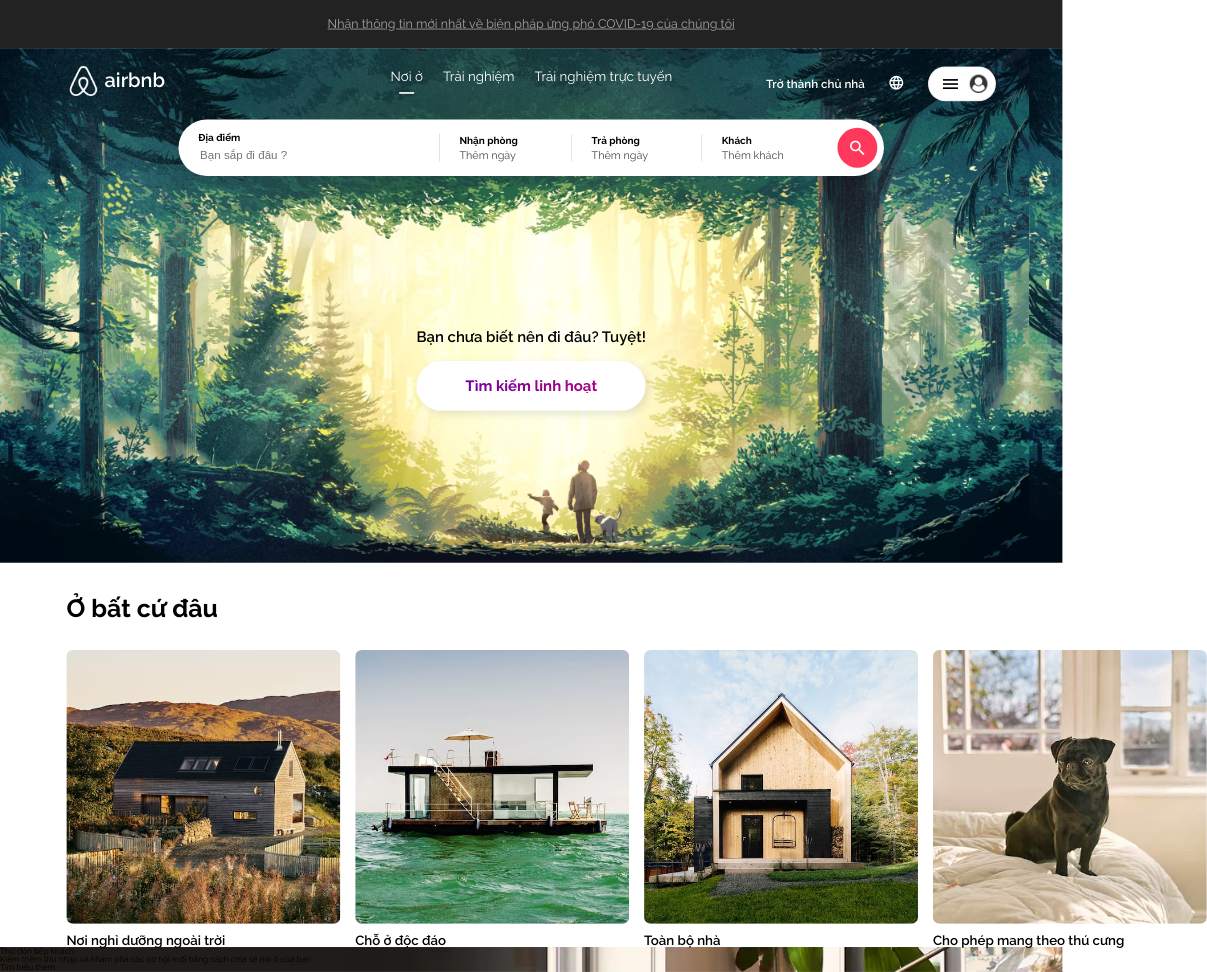
Repository: vanntrong/airbnb-clone
Page: index.html
An editor plug-in stored every save of this project. The page is shown before and after the next save, followed by the edit.
The browser window is 1280 px wide. The page is 1454 px wide, so the pictures cover 1454 px, including what lies to the right of the window. The pictures show the whole page, at 83% of full size.

Above is the page before, as saved 2021-09-22 19:12:48.

### index.html
<!DOCTYPE html>
<html lang="en">
  <head>
    <meta charset="UTF-8" />
    <meta http-equiv="X-UA-Compatible" content="IE=edge" />
    <meta name="viewport" content="width=device-width, initial-scale=1.0" />
    <title>AirBnB</title>
    <link href="https://fonts.googleapis.com/css2?family=Material+Icons" rel="stylesheet" />
    <link rel="preconnect" href="https://fonts.googleapis.com" />
    <link rel="preconnect" href="https://fonts.gstatic.com" crossorigin />
    <link rel="preconnect" href="https://fonts.googleapis.com" />
    <link rel="preconnect" href="https://fonts.gstatic.com" crossorigin />
    <link
      href="https://fonts.googleapis.com/css2?family=Raleway:wght@200;300;400;500;600;700&display=swap"
      rel="stylesheet"
    />
    <link href="https://fonts.googleapis.com/css2?family=Material+Icons+Outlined" rel="stylesheet" />
    <link href="https://fonts.googleapis.com/css2?family=Material+Icons+Round" rel="stylesheet" />
    <link href="https://fonts.googleapis.com/css2?family=Material+Icons+Sharp" rel="stylesheet" />
    <link href="https://fonts.googleapis.com/css2?family=Material+Icons+Two+Tone" rel="stylesheet" />
    <link rel="stylesheet" href="./assets/css/reset.css" />
    <link rel="stylesheet" href="./assets/css/base.css" />
    <link rel="stylesheet" href="./assets/css/style.css" />
  </head>
  <body>
    <header class="header">
      <div class="header__covid">
        <a href="https://covid19.gov.vn/">Nhận thông tin mới nhất về biện pháp ứng phó COVID-19 của chúng tôi</a>
      </div>
      <div class="header__container">
        <nav class="header__nav">
          <div class="header__logo">
            <a href="" class="header__logo-link">
              <img src="./assets/images/logo.png" alt="Logo AirBnb" class="header__logo-img" />
              <span class="header__logo-name">airbnb</span>
            </a>
          </div>
          <div class="header__exp">
            <ul class="header__exp-list">
              <li class="header__exp-item">
                <div class="header-exp-link active">Nơi ở</div>
              </li>
              <li class="header__exp-item">
                <div class="header-exp-link">Trải nghiệm</div>
              </li>
              <li class="header__exp-item">
                <div class="header-exp-link">Trải nghiệm trực tuyến</div>
              </li>
            </ul>
          </div>
          <div class="header__user">
            <div class="header__user-register">
              <span>Trở thành chủ nhà</span>
            </div>
            <div class="header__user-language">
              <span class="material-icons-outlined"> language </span>
            </div>
            <div class="header__user-menu">
              <span class="material-icons-outlined header__user-icon"> menu </span>
              <img src="./assets/images/user-avatar.png" class="header__user-avatar" />
            </div>
          </div>
        </nav>

        <div class="header__search">
          <div class="header__search-place">
            <h4 class="header__search-text">Địa điểm</h4>
            <input type="text" placeholder="Bạn sắp đi đâu ?" class="header__search-input" />
          </div>
          <div class="header__search-room">
            <h4 class="header__search-text">Nhận phòng</h4>
            <p class="header__add-date">Thêm ngày</p>
          </div>
          <div class="header__search-room">
            <h4 class="header__search-text">Trả phòng</h4>
            <p class="header__add-date">Thêm ngày</p>
          </div>
          <div class="header__search-guest">
            <div class="header__search-wrapper">
              <h4 class="header__search-text">Khách</h4>
              <p class="header__add-date">Thêm khách</p>
            </div>
            <div class="header-guest-search">
              <span class="material-icons-outlined"> search </span>
              <!-- <p class="header-guest-text">Tìm kiếm</p> -->
            </div>
          </div>
        </div>

        <div class="header__title">
          <h2 class="header__title-text">Bạn chưa biết nên đi đâu? Tuyệt!</h2>
          <div class="header__title-btn"><span>Tìm kiếm linh hoạt</span></div>
        </div>
      </div>
    </header>
    <div class="banner">
      <h2 class="banner__header">Ở bất cứ đâu</h2>
      <div class="banner__container">
        <ul class="banner__list">
          <li class="banner__item">
            <img src="./assets/images/banner/banner1.png" class="banner__item-img" />
            <span class="banner__item-text">Nơi nghỉ dưỡng ngoài trời</span>
          </li>
          <li class="banner__item">
            <img src="./assets/images/banner/banner2.png" class="banner__item-img" />
            <span class="banner__item-text">Chỗ ở độc đáo</span>
          </li>
          <li class="banner__item">
            <img src="./assets/images/banner/banner3.png" class="banner__item-img" />
            <span class="banner__item-text">Toàn bộ nhà</span>
          </li>
          <li class="banner__item">
            <img src="./assets/images/banner/banner4.png" class="banner__item-img" />
            <span class="banner__item-text">Cho phép mang theo thú cưng</span>
          </li>
        </ul>
      </div>
    </div>
    <div class="container">
      <div class="container__top">
        <div class="container__top-title">
          <h3 class="container-title-heading">Thử đón tiếp khách</h3>
          <p class="container-title-text">
            Kiếm thêm thu nhập và khám phá các cơ hội mới bằng cách chia sẻ nơi ở của bạn
          </p>
          <div class="container-title-btn">Tìm hiểu thêm</div>
        </div>
      </div>
    </div>
    <footer class="footer"></footer>
  </body>
</html>

### assets/css/base.css
html {
  font-family: "Raleway", sans-serif;
  font-size: 62.5%;
}
* {
  box-sizing: border-box;
}

:root {
  --text-color: #484848;
}

### assets/css/style.css
.header {
  width: 100%;
}

.header__covid {
  width: 100%;
  height: 58px;
  background-color: #222;
}

.header__covid a {
  display: inline-block;
  position: relative;
  left: 50%;
  top: 50%;
  transform: translate(-50%, -50%);
  color: #a3a3a3;
  font-size: 1.5rem;
  font-weight: 400;
}

.header__covid a:hover {
  color: #5c5c5c;
}

.header__container {
  width: 100%;
  background-image: url("../images/background.jpg");
  background-size: contain;
  height: 620px;
}

.header__nav {
  padding: 16px 80px;
  display: flex;
  align-items: flex-start;
  justify-content: space-between;
}

.header__logo {
}

.header__logo-link {
  text-decoration: none;
  color: #fff;
  font-size: 2.4rem;
  display: flex;
  align-items: center;
  font-weight: 600;
}

.header__logo-img {
  width: 40px;
  height: 46px;
  margin-right: 6px;
}

.header__exp {
  margin-top: 10px;
  margin-left: 175px;
}

.header__exp-list {
  display: flex;
  align-items: center;
}

.header-exp-link {
  color: #fff;
  font-size: 1.6rem;
  font-weight: 400;
  margin: 0 12px;
  position: relative;
  cursor: pointer;
}

.header-exp-link::after {
  content: "";
  position: absolute;
  width: 18px;
  height: 2px;
  bottom: -13px;
  left: 50%;
  transform: translateX(-50%);
  background-color: #fff;
  display: none;
}

.header-exp-link:hover {
  display: block;
  opacity: 0.6;
}

.header-exp-link:hover::after {
  display: block;
}

.header-exp-link.active::after {
  display: block;
  opacity: unset;
}

.active:hover {
  opacity: unset;
  cursor: default;
}

.header__user {
  display: flex;
  align-items: center;
}

.header__user-register {
  font-size: 1.4rem;
  font-weight: 600;
  padding: 16px;
  border-radius: 35px;
  margin-right: 10px;
  color: #fff;
}

.header__user-register:hover {
  background: rgba(238, 238, 238, 0.2);
  cursor: pointer;
}

.header__user-language {
  color: #fff;
  padding: 16px;
  margin: 0 12px 0 -14px;
  border-radius: 35px;
}

.header__user-language:hover {
  background: rgba(238, 238, 238, 0.2);
  cursor: pointer;
}

.header__user-language span {
  font-size: 2rem;
}

.header__user-menu {
  display: flex;
  align-items: center;
  padding: 4px;
  background-color: #fff;
  border-radius: 25px;
  cursor: pointer;
  border: 1px solid rgba(221, 221, 221, 0.8);
}

.header__user-icon {
  padding: 4px 6px 4px 10px;
}

.header__user-avatar {
  width: 32px;
}

.header__search {
  display: flex;
  align-items: center;
  justify-content: space-between;
  max-width: 850px;
  margin: auto;
  background-color: #fff;
  border-radius: 35px;
  /* box-shadow: 0 2px 2px #d0d0b7; */
}

.header__search-place {
  flex-grow: 2;
  padding: 16px 24px;
  height: 100%;
  position: relative;
}

.header__search-place::after {
  content: "";
  width: 0.5px;
  height: 50%;
  position: absolute;
  background-color: #ddd;
  top: 50%;
  transform: translateY(-50%);
  right: 0;
  display: block;
}

.header__search-place:hover {
  background-color: #eee;
  border-radius: 40px;
  cursor: pointer;
}

.header__search-place:hover::after {
  display: none;
}

.header__search-text {
  font-size: 1.2rem;
  font-weight: 700;
  margin-bottom: 6px;
}

.header__search-input {
  width: 100%;
  border: none;
  background-color: transparent;
  font-size: 1.4rem;
  outline: none;
}

.header__search-room {
  flex-grow: 1;
  height: 100%;
  padding: 16px 24px;
  position: relative;
}

.header__search-room::after {
  content: "";
  position: absolute;
  background-color: #ddd;
  width: 1px;
  height: 50%;
  top: 50%;
  right: 0;
  transform: translateY(-50%);
  display: block;
}

.header__search-room:hover {
  background-color: #eee;
  border-radius: 40px;
  cursor: pointer;
}

.header__search-room:hover::after {
  display: none;
}

.header__add-date {
  font-size: 1.3rem;
  color: var(--text-color);
}

.header__search-guest {
  height: 100%;
  flex-grow: 1;
  display: flex;
  justify-content: space-between;
  align-items: center;
}

.header__search-guest:hover {
  background-color: #eee;
  border-radius: 40px;
  cursor: pointer;
}

.header__search-wrapper {
  padding: 16px 24px;
}

.header-guest-search {
  background-color: #ff385c;
  color: #fff;
  width: 48px;
  height: 48px;
  border-radius: 40px;
  padding: 16px 24px;
  margin-right: 8px;
}

.header-guest-search span {
  display: inline-block;
  position: relative;
  left: 50%;
  top: 50%;
  transform: translate(-50%, -50%);
}

.header__title {
  margin-top: 185px;
  position: relative;
  left: 50%;
  transform: translateX(-50%);
  display: inline-block;
  cursor: pointer;
}
.header__title-text {
  font-size: 1.8rem;
  font-weight: 600;
}
.header__title-btn {
  margin-top: 20px;
  text-align: center;
  width: 100%;
  height: 60px;
  background-color: #fff;
  border-radius: 40px;
  box-shadow: 4px 4px 10px rgb(0 0 0 / 10%);
  display: flex;
  align-items: center;
  justify-content: center;
}
.header__title-btn span {
  display: block;
  font-size: 1.8rem;
  font-weight: 700;
  background-image: linear-gradient(0.25turn, #70019c, #ad0186);
  /* fill color text */
  background-clip: text;
  -webkit-background-clip: text;
  -webkit-text-fill-color: transparent;
}

.banner {
  margin-top: 40px;
  padding: 0 80px;
}

.banner__header {
  margin-bottom: 35px;
  font-size: 3rem;
  font-weight: 700;
}

.banner__list {
  display: flex;
  align-items: center;
  justify-content: space-between;
}

.banner__item {
  margin-right: 18px;
  cursor: pointer;
}

.banner__item-img {
  width: 330px;
  border-radius: 8px;
}

.banner__item-text {
  margin-top: 10px;
  display: block;
  font-size: 1.6rem;
  font-weight: 600;
}

.container {
}

.container__top {
  background: url("../images/container/container__background.png");
}

Loaded but not shown: assets/css/reset.css (common file)

After the next save:
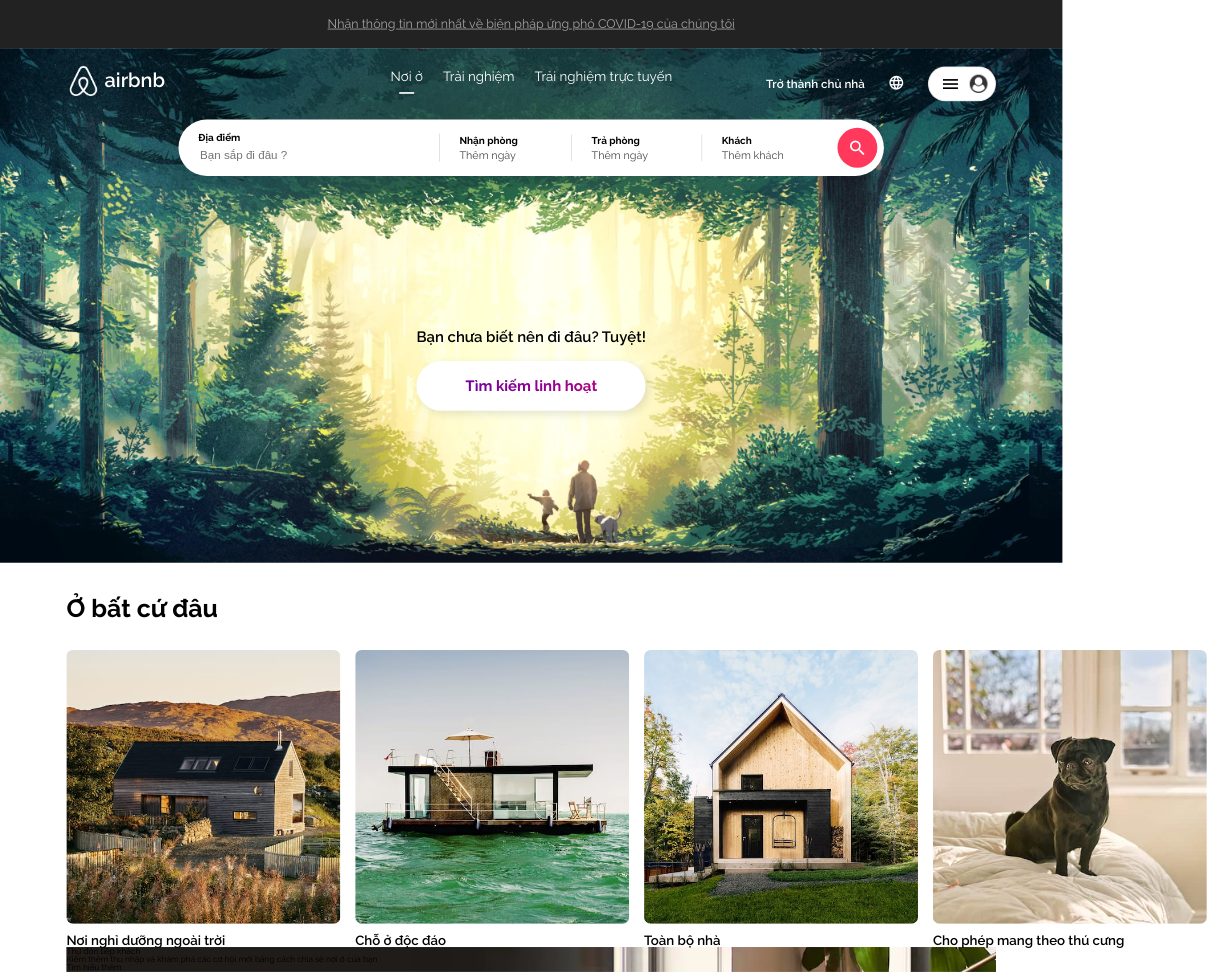
Saved 35 s later.
--- a/assets/css/style.css
+++ b/assets/css/style.css
@@ -352,6 +352,7 @@
 }
 
 .container {
+  padding: 0 80px;
 }
 
 .container__top {
